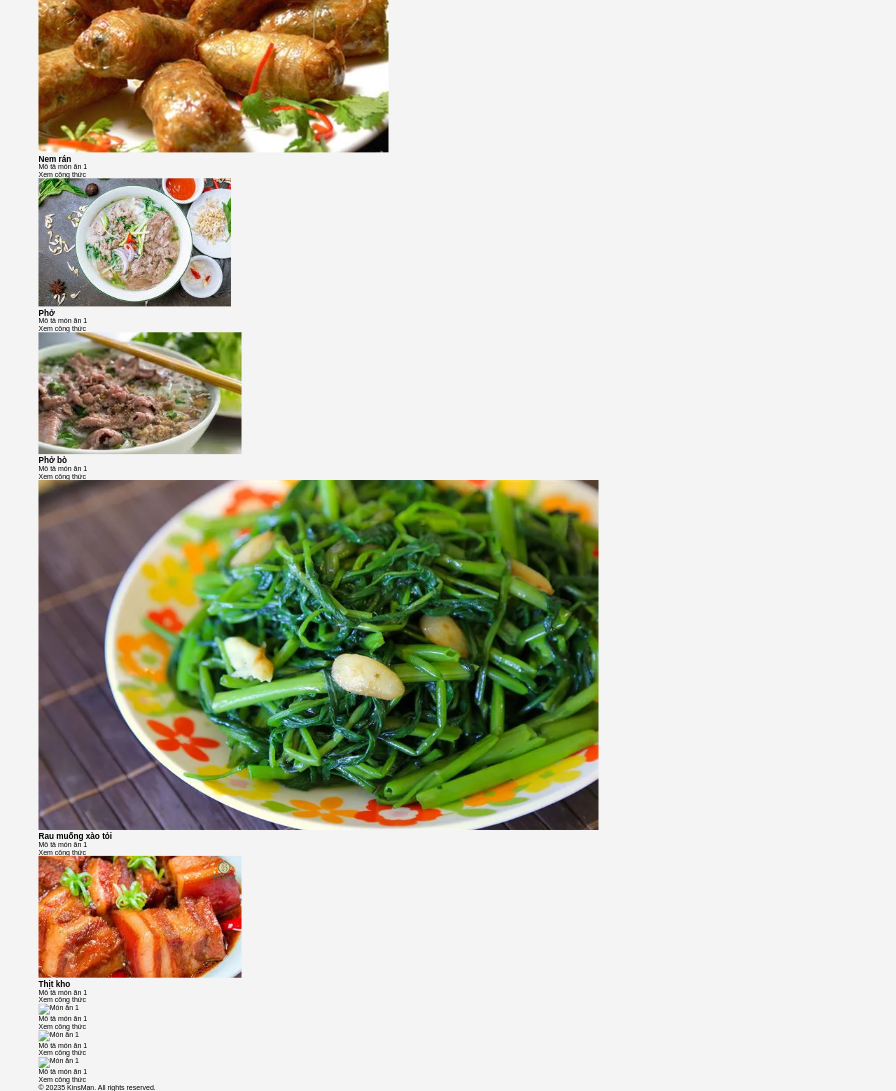
Repository: hoang28092000/how-food
Page: index.html
These files come from the project's save history. The page is drawn as it stood at one moment and after a run of saves; the edit follows.
The browser window is 1280 px wide. The pictures show the part of the page from y = 3484 to 5404 px (the page is 5043 px tall before and 5404 px after), at 70% of full size.

Above is the page before, as saved 2025-04-14 23:57:53.

### index.html
<!DOCTYPE html>
<html lang="en">
<head>
    <meta charset="UTF-8">
    <meta name="viewport" content="width=device-width, initial-scale=1.0">
    <link rel="stylesheet" href="./style.css">
    <title>Food VN</title>
</head>
<body>
    <header>
        <div class="container">
            <nav class="nav">
                <h1 class="logo">KINSMAN</h1>
                <form action="" class="search-form">
                    <input type="text" class="search-box" placeholder="Search for food...">
                    <button type="submit" class="btn-search">Search</button>
                </form>
            </nav>
        </div>
    </header>
    <main>
        <div class="container">
            <h2 class="title-page">
                Công thức nấu món ăn do KinsMAN cung cấp
            </h2>
            <div class="list-food">
                <div class="food-item">
                    <img src="./image/banh-xeo.webp" alt="Món ăn 1" class="food-image">
                    <div class="info-card">
                        <h3 class="food-name">Bánh Xèo</h3>
                        <p class="food-description">Mô tả món ăn 1</p>
                        <a class="btn-card">Xem công thức</a>
                    </div>
                </div>
                <div class="food-item">
                    <img src="./image/banh_khot.webp" alt="Món ăn 1" class="food-image">
                    <div class="info-card">
                        <h3 class="food-name">Bánh khọt</h3>
                        <p class="food-description">Mô tả món ăn 1</p>
                        <a class="btn-card">Xem công thức</a>
                    </div>
                </div>
                <div class="food-item">
                    <img src="./image/bunbo.jpg" alt="Món ăn 1" class="food-image">
                    <div class="info-card">
                        <h3 class="food-name">Bún bò</h3>
                        <p class="food-description">Mô tả món ăn 1</p>
                        <a class="btn-card">Xem công thức</a>
                    </div>
                </div>
                <div class="food-item">
                    <img src="./image/duahanh.jpg" alt="Món ăn 1" class="food-image">
                    <div class="info-card">
                        <h3 class="food-name">Dưa hành</h3>
                        <p class="food-description">Mô tả món ăn 1</p>
                        <a class="btn-card">Xem công thức</a>
                    </div>
                </div>
                <div class="food-item">
                    <img src="./image/lau.webp" alt="Món ăn 1" class="food-image">
                    <div class="info-card">
                        <h3 class="food-name">Lẩu</h3>
                        <p class="food-description">Mô tả món ăn 1</p>
                        <a class="btn-card">Xem công thức</a>
                    </div>
                </div>
                <div class="food-item">
                    <img src="./image/nemccuon.jpg" alt="Món ăn 1" class="food-image">
                    <div class="info-card">
                        <h3 class="food-name">Nem cuốn</h3>
                        <p class="food-description">Mô tả món ăn 1</p>
                        <a class="btn-card">Xem công thức</a>
                    </div>
                </div>
                <div class="food-item">
                    <img src="./image/nemran.jpg" alt="Món ăn 1" class="food-image">
                    <div class="info-card">
                        <h3 class="food-name">Nem rán</h3>
                        <p class="food-description">Mô tả món ăn 1</p>
                        <a class="btn-card">Xem công thức</a>
                    </div>
                </div>
                <div class="food-item">
                    <img src="./image/pho.jpg" alt="Món ăn 1" class="food-image">
                    <div class="info-card">
                        <h3 class="food-name">Phở</h3>
                        <p class="food-description">Mô tả món ăn 1</p>
                        <a class="btn-card">Xem công thức</a>
                    </div>
                </div>
                <div class="food-item">
                    <img src="./image/phobo.jpg" alt="Món ăn 1" class="food-image">
                    <div class="info-card">
                        <h3 class="food-name">Phở bò</h3>
                        <p class="food-description">Mô tả món ăn 1</p>
                        <a class="btn-card">Xem công thức</a>
                    </div>
                </div>
                <div class="food-item">
                    <img src="./image/raumuong-xaotoi.webp" alt="Món ăn 1" class="food-image">
                    <div class="info-card">
                        <h3 class="food-name">Rau muống xào tỏi</h3>
                        <p class="food-description">Mô tả món ăn 1</p>
                        <a class="btn-card">Xem công thức</a>
                    </div>
                </div>
                <div class="food-item">
                    <img src="./image/thitkho.jpg" alt="Món ăn 1" class="food-image">
                    <div class="info-card">
                        <h3 class="food-name">Thịt kho</h3>
                        <p class="food-description">Mô tả món ăn 1</p>
                        <a class="btn-card">Xem công thức</a>
                    </div>
                </div>
                <div class="food-item">
                    <img src="" alt="Món ăn 1" class="food-image">
                    <div class="info-card">
                        <h3 class="food-name"></h3>
                        <p class="food-description">Mô tả món ăn 1</p>
                        <a class="btn-card">Xem công thức</a>
                    </div>
                </div>
                <div class="food-item">
                    <img src="" alt="Món ăn 1" class="food-image">
                    <div class="info-card">
                        <h3 class="food-name"></h3>
                        <p class="food-description">Mô tả món ăn 1</p>
                        <a class="btn-card">Xem công thức</a>
                    </div>
                </div>
                <div class="food-item">
                    <img src="" alt="Món ăn 1" class="food-image">
                    <div class="info-card">
                        <h3 class="food-name"></h3>
                        <p class="food-description">Mô tả món ăn 1</p>
                        <a class="btn-card">Xem công thức</a>
                    </div>
                </div>
            </div>
        </div>
    </main>

    <footer>
        <div class="container">
            <p>&copy; 20235 KinsMan. All rights reserved.</p>
        </div>
    </footer>


    <script src="script.js"></script>
</body>
</html>

### style.css
*{
    padding: 0;
    margin: 0;
    box-sizing: border-box;
}
html{
    font-size: 62.5%;
    scroll-behavior: smooth;
}
.container{
    max-width: calc(100% - 48px);
    width: 1170px;
    margin: 0 auto;
}
body{
    font-family: 'Poppins', sans-serif;
    background-color: #f4f4f4;
}
/* header */
nav{
    display: flex;
    justify-content: space-between;
    align-items: center;
    padding: 20px;
    background-color: #fff;
    box-shadow: 0 2px 5px rgba(0, 0, 0, 0.1);
    position: fixed;
    width: 100%;
    top: 0;
    left: 0;
}
nav .logo{
    font-size: 2rem;
    font-weight: bold;
    color: #333;
    letter-spacing: 2px;
}
nav .search-form{
    display: flex;
    width: 50%;
    align-items: center;
    justify-content: flex-end;
}
.search-box{
    width: 300px;
    height: 40px;
    padding-left: 10px;
    border: 1px solid #ccc;
    border-radius: 5px;
    outline: none;
}
.btn-search{
    width: 100px;
    height: 40px;
    background-color: #333;
    color: #fff;
    border: none;
    border-radius: 5px;
    cursor: pointer;
    margin-left: 10px;
    transition: background-color 0.2s ease-in-out;
}
.btn-search:hover{
    background-color: #555;
}
/* main */
main{
    margin-top: 80px;
}
.title-page{
    padding-top: 60px;
    text-align: center;
    font-size: 2rem;
    font-weight: bold;
    color: #333;

}

Loaded but not shown: script.js (no copy from this time; the picture is the same without it)

After the next 2 saves:
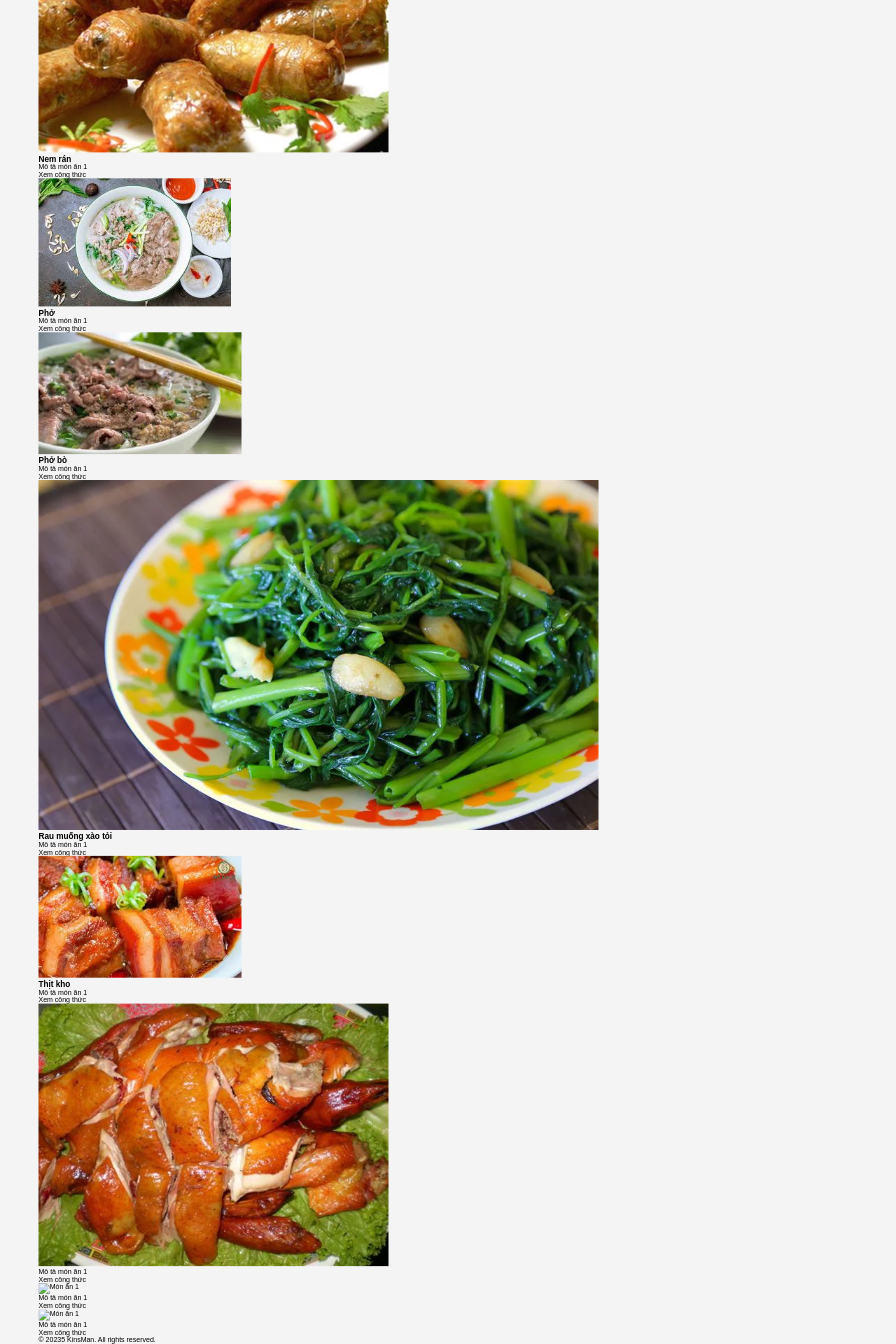
The 2 saves are shown as one change because they came seconds apart.
The last was saved 5 s later.
--- a/index.html
+++ b/index.html
@@ -113,7 +113,7 @@
                     </div>
                 </div>
                 <div class="food-item">
-                    <img src="" alt="Món ăn 1" class="food-image">
+                    <img src="./image/vit-quay.jpg" alt="Món ăn 1" class="food-image">
                     <div class="info-card">
                         <h3 class="food-name"></h3>
                         <p class="food-description">Mô tả món ăn 1</p>
